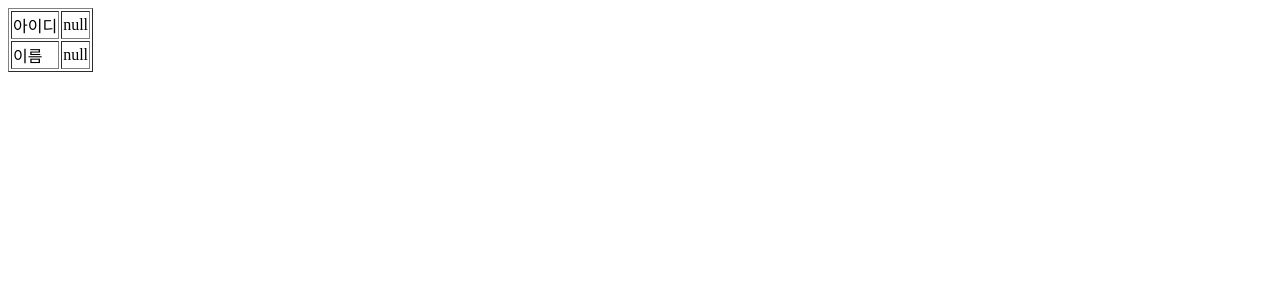
Repository: JJaeHwan/HTML
Page: http://localhost/jquerypro/0116/ajaxtest1.jsp
The author's editor kept a copy of each file at every save. The page is drawn from the files as they stood at one save, then again after the next save.
The browser window is 1280 px wide. The pictures show the whole page.
The page is served by Tomcat 9. Other server files are loaded and not shown.

Above is the page before, as saved 2023-01-16 08:18:50.

### jquerypro/WebContent/0116/ajaxtest1.jsp
<%@ page language="java" contentType="text/html; charset=UTF-8"
    pageEncoding="UTF-8"%>

   <%

   request.setCharacterEncoding("utf-8");

   String userId = request.getParameter("id");
   String userName = request.getParameter("name");

   //db연결해서 crud처리 => 처리결과를 가지고 응답 데이터를 생성
   %>

   <table border="1">
   		<tr>
   			<td>아이디</td>
   			<td><%= userId %></td>
   		</tr>

   		<tr>
   			<td>이름</td>
   			<td><%= userName %></td>
   		</tr>
   </table>

After the next save:
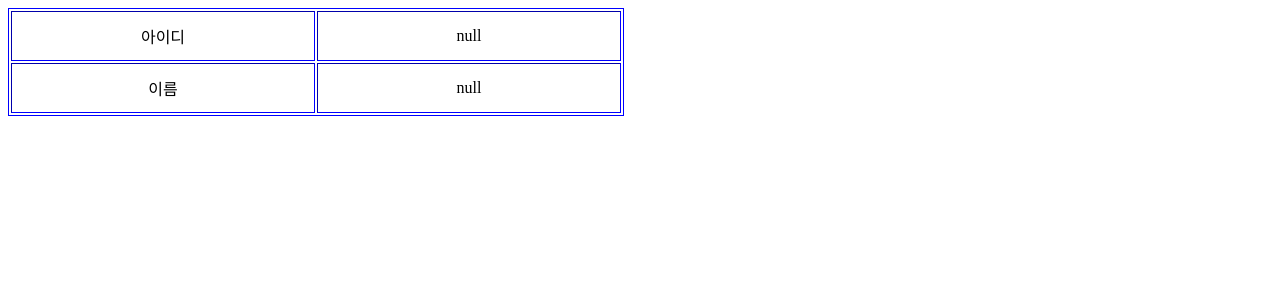
Saved 50 s later.
--- a/jquerypro/WebContent/0116/ajaxtest1.jsp
+++ b/jquerypro/WebContent/0116/ajaxtest1.jsp
@@ -1,5 +1,16 @@
 <%@ page language="java" contentType="text/html; charset=UTF-8"
     pageEncoding="UTF-8"%>
+
+    <style>
+    table{
+    	border : 1px solid blue;
+    }
+    td{
+    	width: 300px;
+    	height: 50px;
+    	text-align: center;
+    }
+    </style>
 
    <%
 
